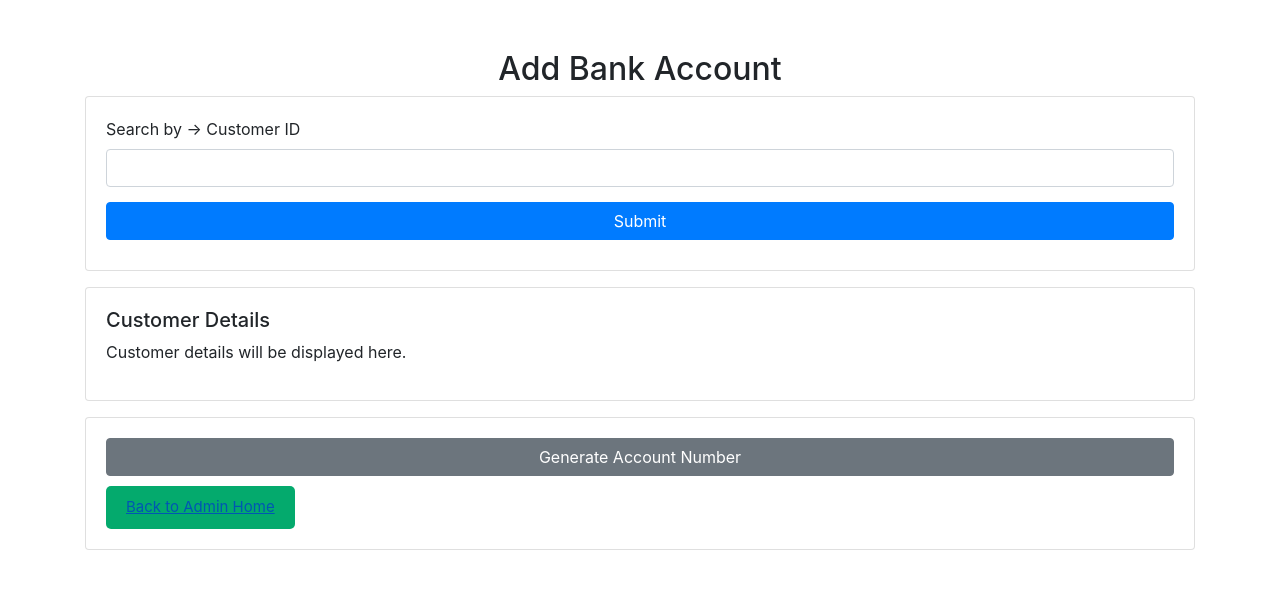
Repository: SuyashAwasthy/Javaee
Page: http://localhost/13-bank-application-mvc/addBankAccountNumber.jsp
The author's editor kept a copy of each file at every save. The page is drawn from the files as they stood at one save, then again after the next save.
The browser window is 1280 px wide. The pictures show the whole page.
The pointer rests on the first visible `.button`.
The page is served by Tomcat 9. Other server files are loaded and not shown.

Above is the page before, as saved 2024-07-22 09:30:17.

### 13-bank-application-mvc/WebContent/addBankAccountNumber.jsp
<%@ page language="java" contentType="text/html; charset=UTF-8"
	pageEncoding="UTF-8"%>

<!DOCTYPE html>
<html>
<head>
<title>Add Bank Account</title>
<link rel="stylesheet" href="css/styles.css">
<link rel="stylesheet"
	href="https://maxcdn.bootstrapcdn.com/bootstrap/4.0.0/css/bootstrap.min.css">
<style>
.container {
	margin-top: 50px;
}

.form-group {
	margin-bottom: 15px;
}

.form-control {
	margin-bottom: 10px;
}

.btn-primary, .btn-secondary {
	width: 100%;
	margin-bottom: 10px;
}
</style>
</head>
<body>
	<div class="container">
		<h2 class="text-center">Add Bank Account</h2>
		<div class="card">
			<div class="card-body">
				<form action="addBankAccountServlet" method="get">
					<div class="form-group">
						<label for="customerId">Search by -> Customer ID</label> <input
							type="text" class="form-control" id="customerId"
							name="customerId" required>
					</div>
					<button type="submit" class="btn btn-primary">Submit</button>
				</form>
			</div>
		</div>
		<div class="card mt-3">
			<div class="card-body">
				<h5>Customer Details</h5>
				<!-- Placeholder for customer details -->
				<p id="customerDetails">Customer details will be displayed here.</p>
			</div>
		</div>
		<div class="card mt-3">
			<div class="card-body">
				<form action="generateAccountNumberServlet" method="get">
					<button type="submit" class="btn btn-secondary">Generate
						Account Number</button>
					<a href="adminHome.jsp" class="button">Back to Admin
								Home</a>
				</form>
			</div>
		</div>
	</div>
</body>
</html>

### 13-bank-application-mvc/WebContent/css/styles.css
.button {
  background-color: #04AA6D;
  border: none;
  color: white;
  padding: 10px 20px;
  text-align: center;
  text-decoration: none;
  display: inline-block;
  font-size: 15px;
  border-radius: 5px;

}

.date-form {
    margin-bottom: 20px;
}

.date-form label {
    margin-right: 10px;
    font-weight: bold;
    color: #333;
}

.date-form input[type="date"] {
    margin-right: 10px;
    padding: 5px;
    border-radius: 4px;
    border: 1px solid #ccc;
}

.date-form .btn {
    padding: 10px 20px;
    background-color: #04AA6D;
    color: white;
    border: none;
    border-radius: 4px;
    font-size: 16px;
    cursor: pointer;
    transition: background-color 0.3s ease;
}

.date-form .btn:hover {
    background-color: #45a049;
}

After the next save:
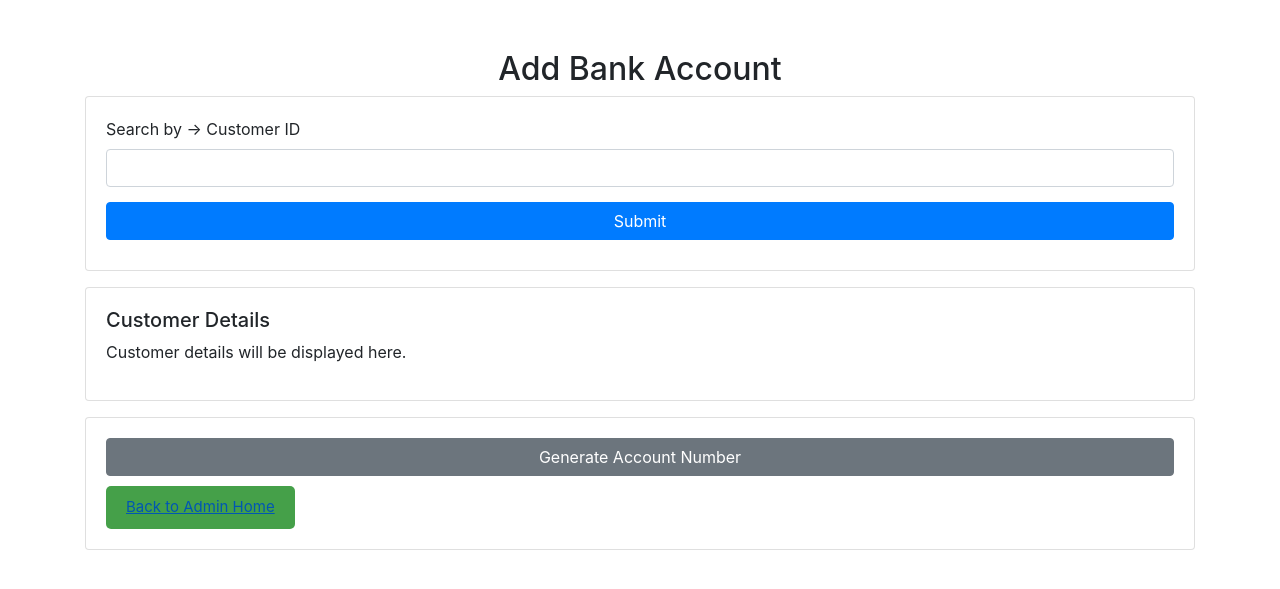
Saved 22 s later.
--- a/13-bank-application-mvc/WebContent/css/styles.css
+++ b/13-bank-application-mvc/WebContent/css/styles.css
@@ -9,6 +9,10 @@
   font-size: 15px;
   border-radius: 5px;
 
+}
+
+.button:hover {
+    background-color: #45a049;
 }
 
 .date-form {
